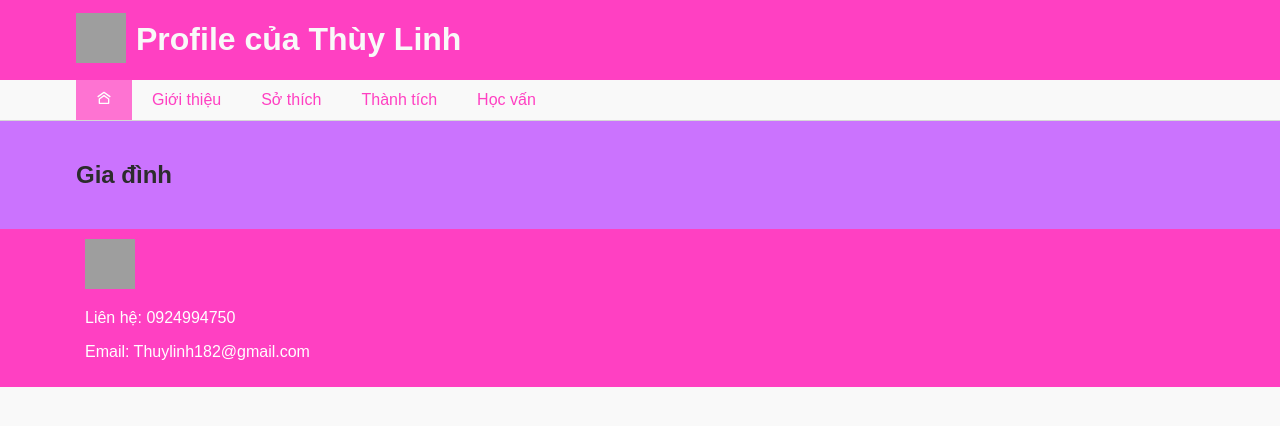
Repository: DucLong-PD07979/profile-vu-thuy-linh
Page: gia-dinh.html
These files come from the project's save history. The page is drawn as it stood at one moment and after the next save; the edit follows.
The browser window is 1280 px wide. The pictures show the whole page.
Pictures or frames that could not be fetched are drawn as grey boxes.

Above is the page before, as saved 2025-03-08 21:41:19.
Not found: script.js

After the next save:
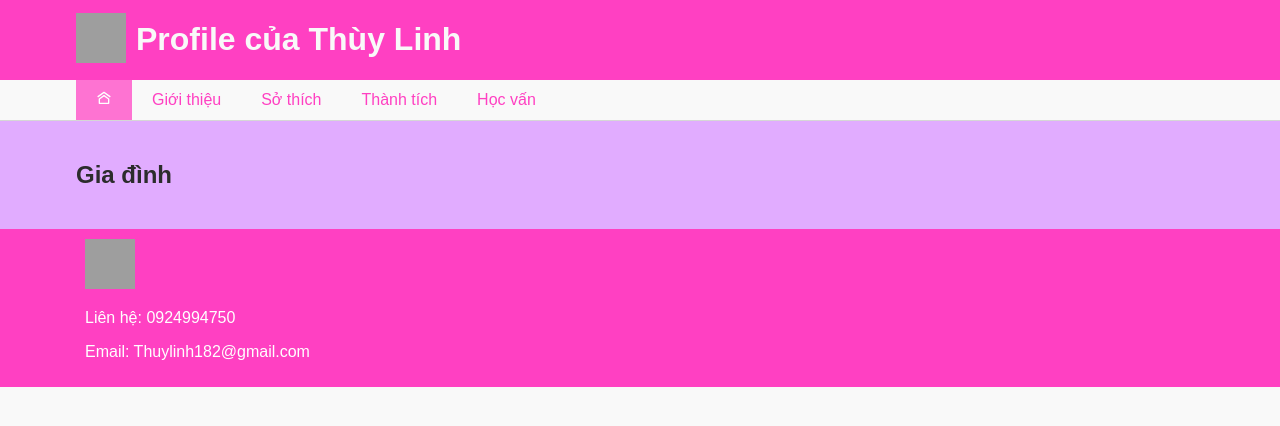
Saved 6 s later.
--- a/css/main.css
+++ b/css/main.css
@@ -169,7 +169,7 @@ nav ul li:hover .menu-children {
 /* gia dinh */
 
 #family-section {
-    background-color: #cb73fe;
+    background-color: #e1acff;
     width: 100%;
     padding: 20px 0;
 }
